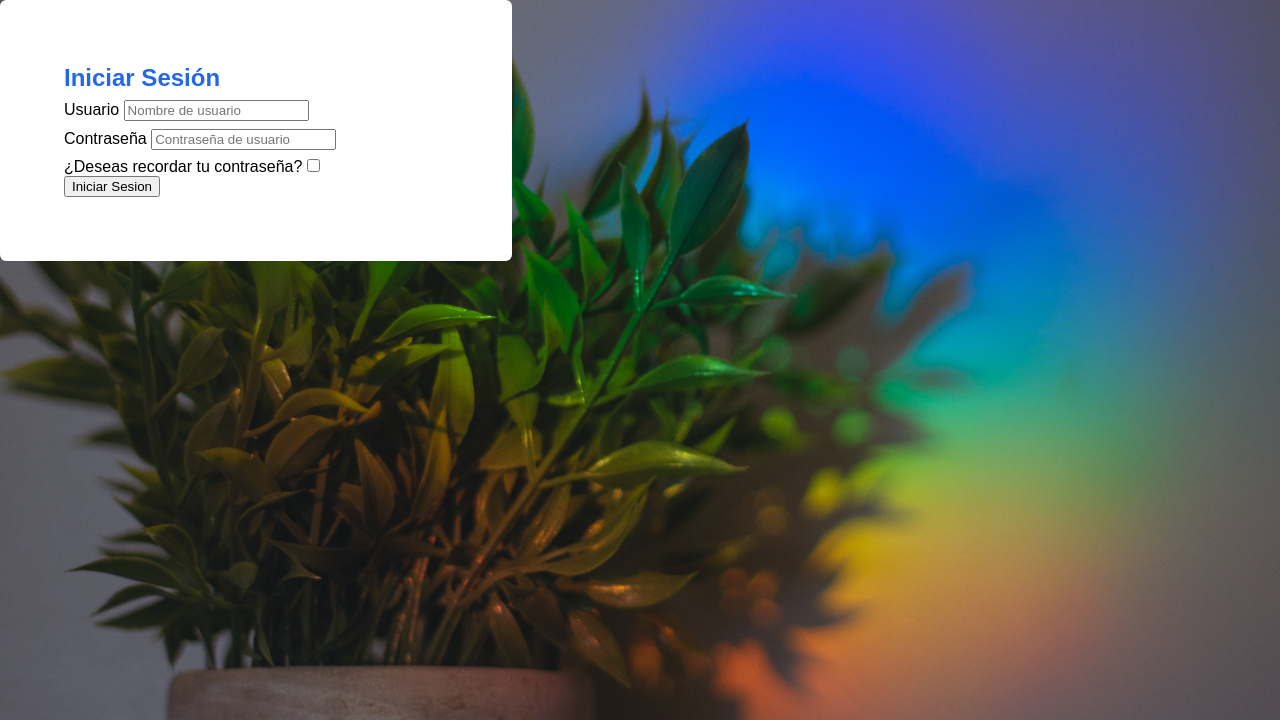
Repository: TzMichaelYT/ModuloHTMLCSS
Page: formularioHTML/index.html
The author's editor kept a copy of each file at every save. The page is drawn from the files as they stood at one save, then again after the next save.
The browser window is 1280 px wide. The pictures show the whole page.

Above is the page before, as saved 2021-07-14 20:32:08.

### formularioHTML/index.html
<!DOCTYPE html>
<html lang="es">
  <head>
    <meta charset="UTF-8" />
    <meta http-equiv="X-UA-Compatible" content="IE=edge" />
    <meta name="viewport" content="width=device-width, initial-scale=1.0" />
    <title>Iniciar Sesion</title>

    <!-- Estilos CSS -->
    <link rel="stylesheet" href="./styles/styles.css">

  </head>
  <body class="bg-matica">
    <!-- Seccion login -->
    <section class="screen-form">
      <!-- Contenedor del formulario -->
      <div class="bg-white form-container">
        <form>
          <!-- Contenedor del titulo -->
          <div>
            <h1 class="header-color">Iniciar Sesi&oacute;n</h1>
          </div>

          <!-- Inputs de inicio de sesion-->
          <div class="input-container">
            <label for="usuario">Usuario</label>
            <input type="text" id="usuario" placeholder="Nombre de usuario" />
          </div>

          <div class="input-container">
            <label for="password">Contraseña</label>
            <input
              type="password"
              id="password"
              placeholder="Contraseña de usuario"
            />
          </div>

          <div class="checkbox-container">
            <label for="check">¿Deseas recordar tu contraseña?</label>
            <input type="checkbox" id="check" />
          </div>

          <div class="btn-login">
              <button type="submit">Iniciar Sesion</button>
          </div>
        </form>
      </div>
    </section>
  </body>
</html>

### formularioHTML/styles/styles.css
/*Estilos Genarales*/
* {
    font-family: Arial, Helvetica, sans-serif;
    margin: 0;
}

/* Color del titulo */
.header-color {
    color: #2168ec;
}

/* Imagen de fondo */
.bg-matica {
    background-image: url('../img/matica.jpg');
    background-size: cover;
    background-repeat: no-repeat;
    background-position-y: 40%;
}
/* contendedor formulario */

.bg-white {
    background-color: #fff;
}

.form-container {
    padding: 4rem;
    width: 30%; /* tamaño del formulario */
    border-radius: 0.4rem;
    /*display: flex;
    justify-content: center;
    flex-direction: column;*/
}

/* contenedores de inputs */
.input-container {
    margin-top: 0.5rem;
    border-radius: 0.4rem;
}

.checkbox-container {
    margin-top: 0.5rem;
}


/* estilos de botones */

/*Alineacion Formulario*/

After the next save:
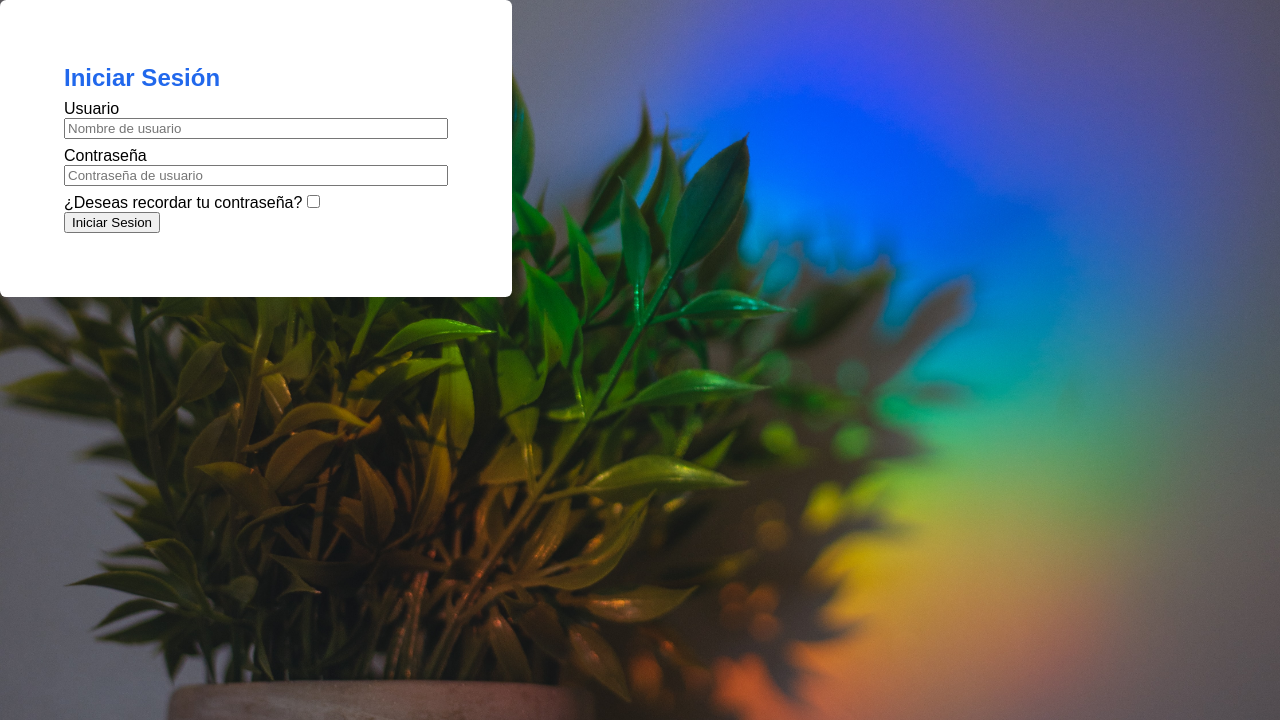
Saved 58 s later.
--- a/formularioHTML/styles/styles.css
+++ b/formularioHTML/styles/styles.css
@@ -34,7 +34,8 @@
 /* contenedores de inputs */
 .input-container {
     margin-top: 0.5rem;
-    border-radius: 0.4rem;
+    display: flex;
+    flex-direction: column;
 }
 
 .checkbox-container {
